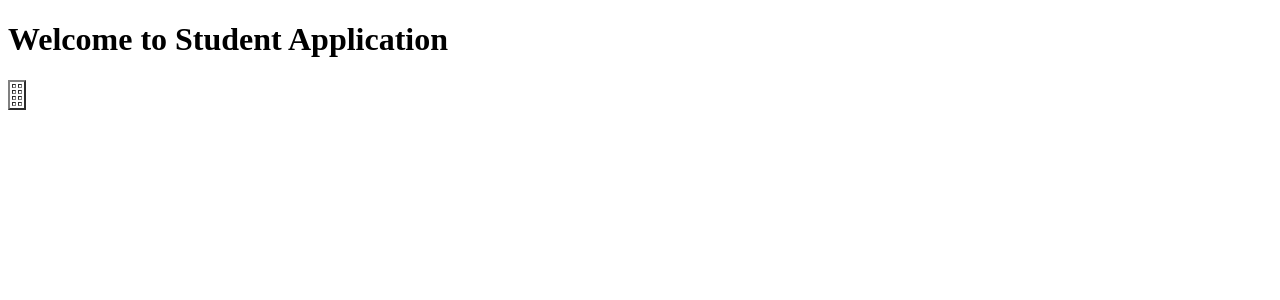
Repository: pathanking/srkr
Page: student-app/src/main/webapp/add-student.htm
These files come from the project's save history. The page is drawn as it stood at one moment and after the next save; the edit follows.
The browser window is 1280 px wide. The pictures show the whole page.

Above is the page before, as saved 2023-06-14 09:41:00.

After the next save:
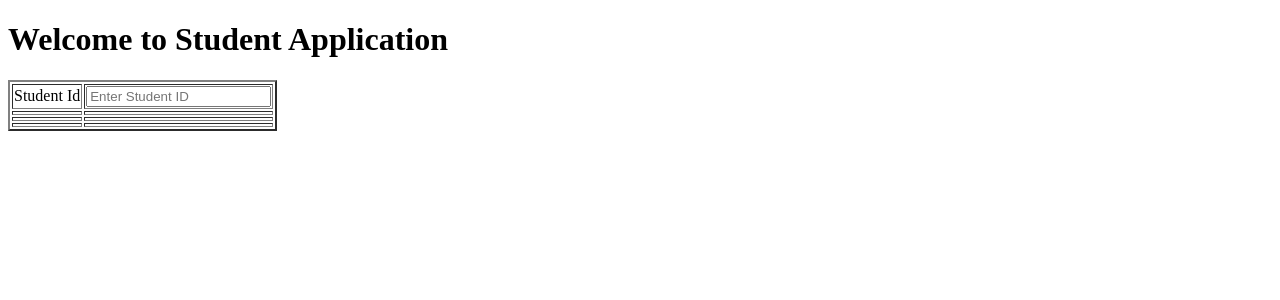
Saved 84 s later.
--- a/student-app/src/main/webapp/add-student.htm
+++ b/student-app/src/main/webapp/add-student.htm
@@ -10,8 +10,8 @@
 	<form action="">
 		<table border="2px solid black">
 			<tr>
-				<td></td>
-				<td></td>
+				<td>Student Id</td>
+				<td><input type="number" name="stdid" placeholder="Enter Student ID"> </td>
 			</tr>
 			<tr>
 				<td></td>
